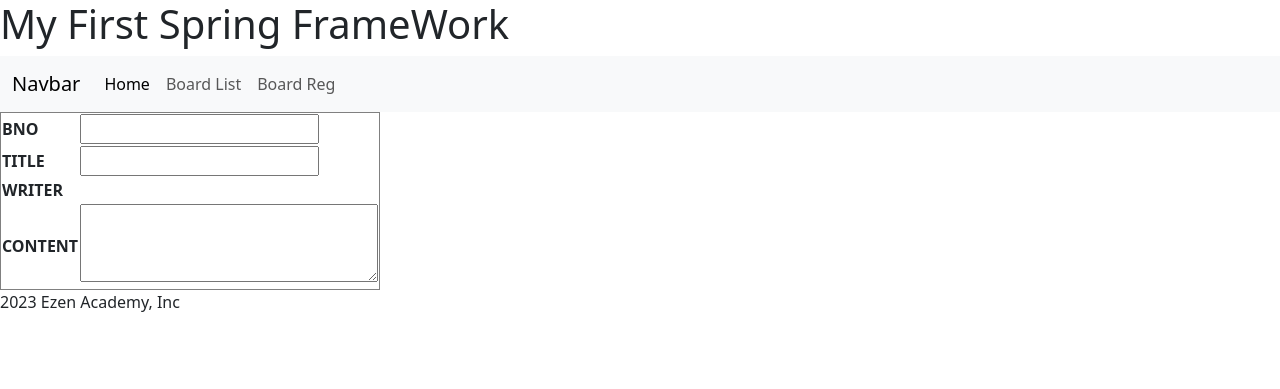
Repository: Leesunghoon1/springHom2
Page: http://localhost/spring_pjt/WEB-INF/views/board/modify.jsp
An editor plug-in stored every save of this project. The page is shown before and after the next save, followed by the edit.
The browser window is 1280 px wide. The pictures show the whole page.
The page is served by Tomcat 9. Nobody is signed in. Other server files are loaded and not shown. The template is opened directly, without the code that normally fills it, so the values that code supplies are empty.

Above is the page before, as saved 2023-10-18 16:34:10.

### spring_pjt/src/main/webapp/WEB-INF/views/board/modify.jsp
<%@ page language="java" contentType="text/html; charset=UTF-8"
    pageEncoding="UTF-8"%>
       <%@ taglib prefix="c" uri="http://java.sun.com/jsp/jstl/core" %>
<!DOCTYPE html>
<html>
<head>
<meta charset="UTF-8">
<title>Insert title here</title>
</head>
<jsp:include page="../common/header.jsp"/>
<jsp:include page="../common/nav.jsp"/>
<body>
<form action="/board/modify" method="post">

	<table border="1">
	<tr>
		<th>BNO</th>
		<td><input type="text" name="bno" value="${bvo.bno }" readonly="readonly"></td>
	</tr>
	<tr>
		<th>TITLE</th>
		<td><input type="text" name="title" value="${bvo.title}"></td>
	</tr>
	<tr>
		<th>WRITER</th>
		<td>${bvo.writer }</td>
	</tr>
	<tr>
		<th>CONTENT</th>
		<td><textarea rows="3" cols="30" name="content">${bvo.content }</textarea></td>
	</tr>
	</table>
</form>
<jsp:include page="../common/footer.jsp"/>
</body>
</html>
</body>
</html>

### spring_pjt/src/main/webapp/WEB-INF/views/common/header.jsp
<%@ page language="java" contentType="text/html; charset=UTF-8"
    pageEncoding="UTF-8"%>
    <%@ taglib uri="http://java.sun.com/jsp/jstl/core" prefix="c"%>
<!DOCTYPE html>
<html>
<head>
<meta charset="UTF-8">
<title>Insert title here</title>
<link href="https://cdn.jsdelivr.net/npm/bootstrap@5.3.1/dist/css/bootstrap.min.css" rel="stylesheet" integrity="sha384-4bw+/aepP/YC94hEpVNVgiZdgIC5+VKNBQNGCHeKRQN+PtmoHDEXuppvnDJzQIu9" crossorigin="anonymous">
<script src="https://cdn.jsdelivr.net/npm/bootstrap@5.3.1/dist/js/bootstrap.bundle.min.js" integrity="sha384-HwwvtgBNo3bZJJLYd8oVXjrBZt8cqVSpeBNS5n7C8IVInixGAoxmnlMuBnhbgrkm" crossorigin="anonymous"></script>

</head>
<body>
<h1>My First Spring FrameWork</h1>
</body>
</html>

### spring_pjt/src/main/webapp/WEB-INF/views/common/nav.jsp
<%@ page language="java" contentType="text/html; charset=UTF-8"
    pageEncoding="UTF-8"%>
    <%@ taglib uri="http://java.sun.com/jsp/jstl/core" prefix="c"%>
<!DOCTYPE html>
<html>
<head>
<meta charset="UTF-8">
<title>Insert title here</title>
</head>
<body>
<header>
<nav class="navbar navbar-expand-lg bg-body-tertiary">
  <div class="container-fluid">
    <a class="navbar-brand" href="#">Navbar</a>
    <button class="navbar-toggler" type="button" data-bs-toggle="collapse" data-bs-target="#navbarSupportedContent" aria-controls="navbarSupportedContent" aria-expanded="false" aria-label="Toggle navigation">
      <span class="navbar-toggler-icon"></span>
    </button>
    <div class="collapse navbar-collapse" id="navbarSupportedContent">
      <ul class="navbar-nav me-auto mb-2 mb-lg-0">
        <li class="nav-item">
          <a class="nav-link active" aria-current="page" href="#">Home</a>
        </li>
        <li class="nav-item">
          <a class="nav-link" href="/board/list">Board List</a>
        </li>

        <li class="nav-item">
          <a class="nav-link" href="/board/register">Board Reg</a>
        </li>

      </ul>

    </div>
  </div>
</nav>
</header>
</body>
</html>

### spring_pjt/src/main/webapp/WEB-INF/views/common/footer.jsp
<%@ page language="java" contentType="text/html; charset=UTF-8"
    pageEncoding="UTF-8"%>
    <%@ taglib uri="http://java.sun.com/jsp/jstl/core" prefix="c"%>
<!DOCTYPE html>
<html>
<head>
<meta charset="UTF-8">
<title>Insert title here</title>
</head>
<body>
<div>
	<p>2023 Ezen Academy, Inc</p>
</div>
</body>
</html>

After the next save:
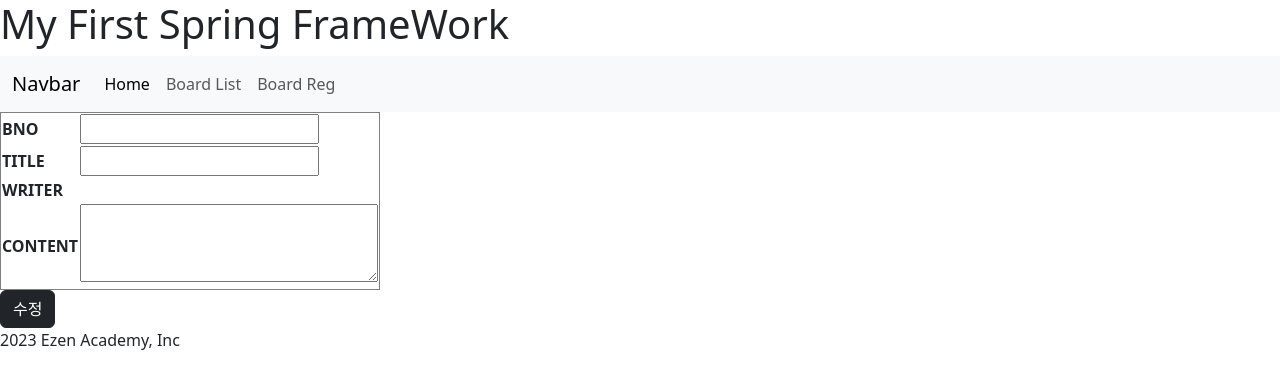
Saved 36 s later.
--- a/spring_pjt/src/main/webapp/WEB-INF/views/board/modify.jsp
+++ b/spring_pjt/src/main/webapp/WEB-INF/views/board/modify.jsp
@@ -30,7 +30,10 @@
 		<td><textarea rows="3" cols="30" name="content">${bvo.content }</textarea></td>
 	</tr>
 	</table>
+	<button type="submit" class="btn btn-dark">수정</button>
 </form>
+
+
 <jsp:include page="../common/footer.jsp"/>
 </body>
 </html>
